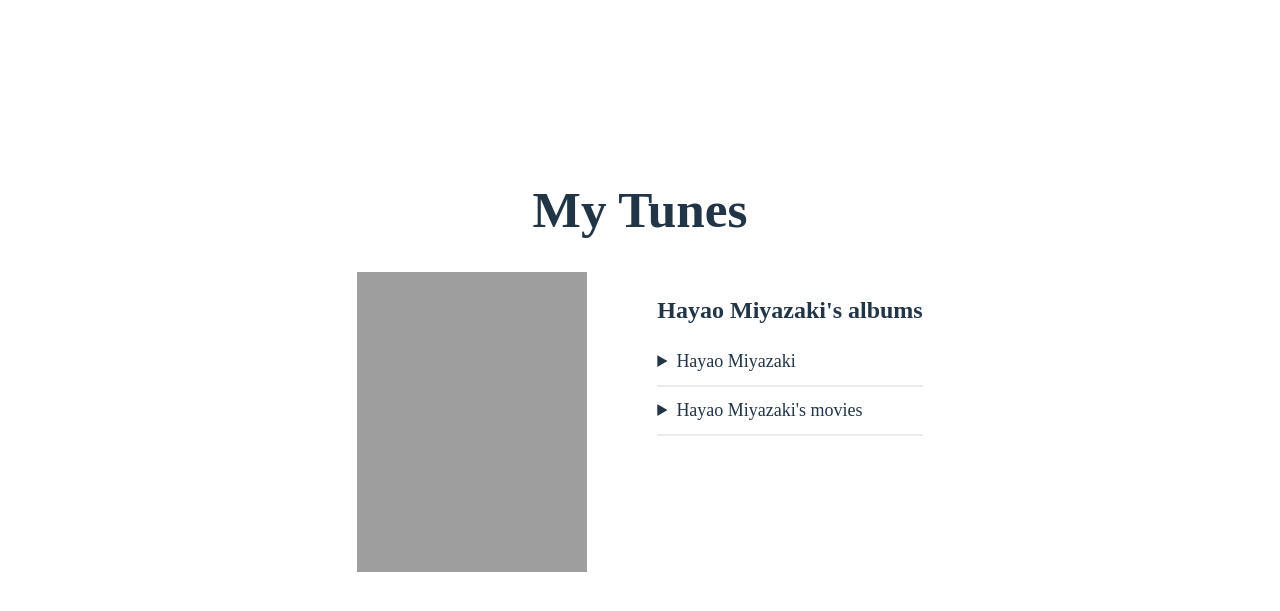
Repository: SamanthaYan298/my_app
Page: /
These files come from the project's save history. The page is drawn as it stood at one moment and after the next save; the edit follows.
The browser window is 1280 px wide. The pictures show the whole page.
Pictures or frames that could not be fetched are drawn as grey boxes. The project was rebuilt for these pictures with package versions that can differ from the ones it lists, and the page was loaded fresh each time. Also part of the build but not shown: vite.config.js.

Above is the page before, as saved 2024-09-14 16:30:09.

### src/App.jsx
import './App.css';

function App() {

  return (
    <>
      <div className='title'>
        <h1>My Tunes</h1>
        <div className="all">
        <div className='photo'>
          <img src="https://www.hollywoodreporter.com/wp-content/uploads/2013/09/hayao_miyazaki_-_h_-_2013.jpg?w=1024" alt="Hayao Miyazaki" height={300} width={230}/>
        </div>
        <div>
          <h2>Hayao Miyazaki's albums</h2>
          <details className='categories'>
            <summary>Hayao Miyazaki</summary>
            <ol>
              <li>Japanese animator</li>
              <li>Filmmaker</li>
              <li>Manga artist</li>
              <li>A founder of Studio Ghibli</li>
              <li>Oscar awards: 89 wins & 62 nominations</li>
            </ol>
          </details>
          <details className='categories'>
            <summary className='open'>Hayao Miyazaki's movies</summary>
            <ol>
              <li>Castle in the Sky</li>
              <li>Kiki's Delivery Service</li>
              <li>Howl's Moving Castle</li>
              <li>Princess Mononoke</li>
              <li>Spirited Away</li>
            </ol>
          </details>
        </div>
      </div>
      </div>
    </>
  )
}

export default App

### src/App.css
#root {
  margin: 0 auto;
  padding: 2rem;
  text-align: left;
  font-family: "PT Serif", serif;
  font-weight: 400;
  font-style: normal;;
}

.photo,
.all {
  display: flex;
  flex-direction: row;
  gap: 70px;
  text-align: left;
  align-items: flex-start;
}

.title {
  text-align: center;
}

.categories {
  padding-bottom: 10px;
  font-size: 18px;
}

.categories summary {
  border-bottom: 2px solid rgb(235, 235, 235);
  padding-bottom: 10px;
}

.categories[open] summary{
  padding: 10px;
  background-color: rgb(235, 235, 235);
}

Loaded but not shown: index.html (common file); src/main.jsx (common file); src/index.css (common file)

After the next save:
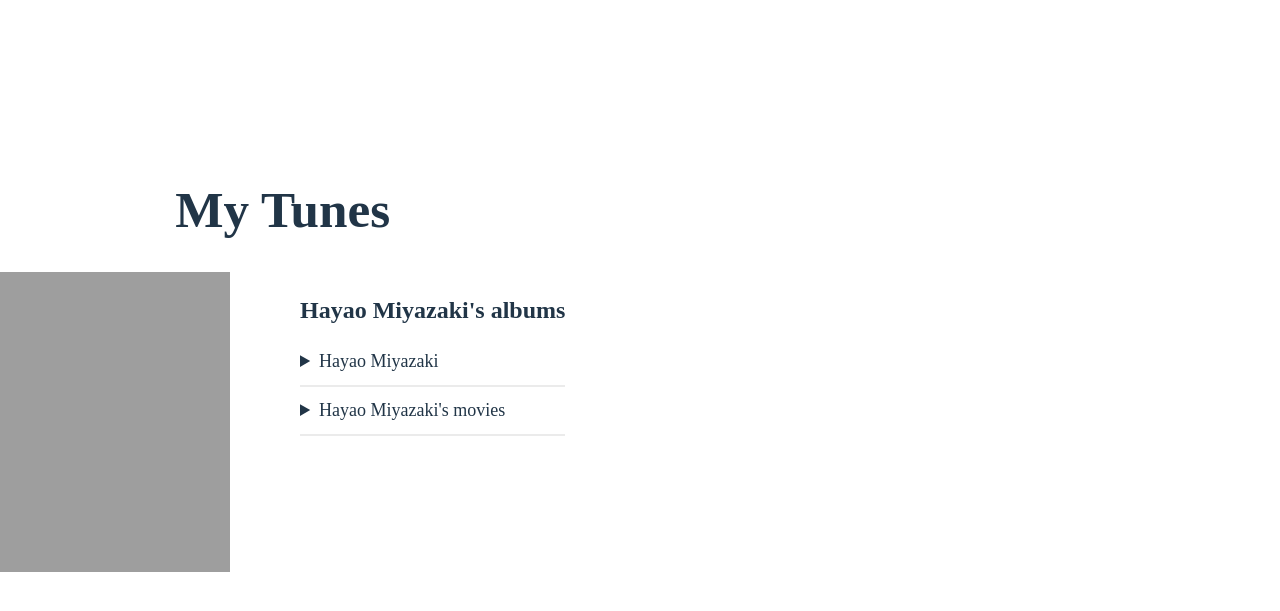
Saved 14 s later.
--- a/src/App.css
+++ b/src/App.css
@@ -1,6 +1,4 @@
 #root {
-  margin: 0 auto;
-  padding: 2rem;
   text-align: left;
   font-family: "PT Serif", serif;
   font-weight: 400;

After the save that followed:
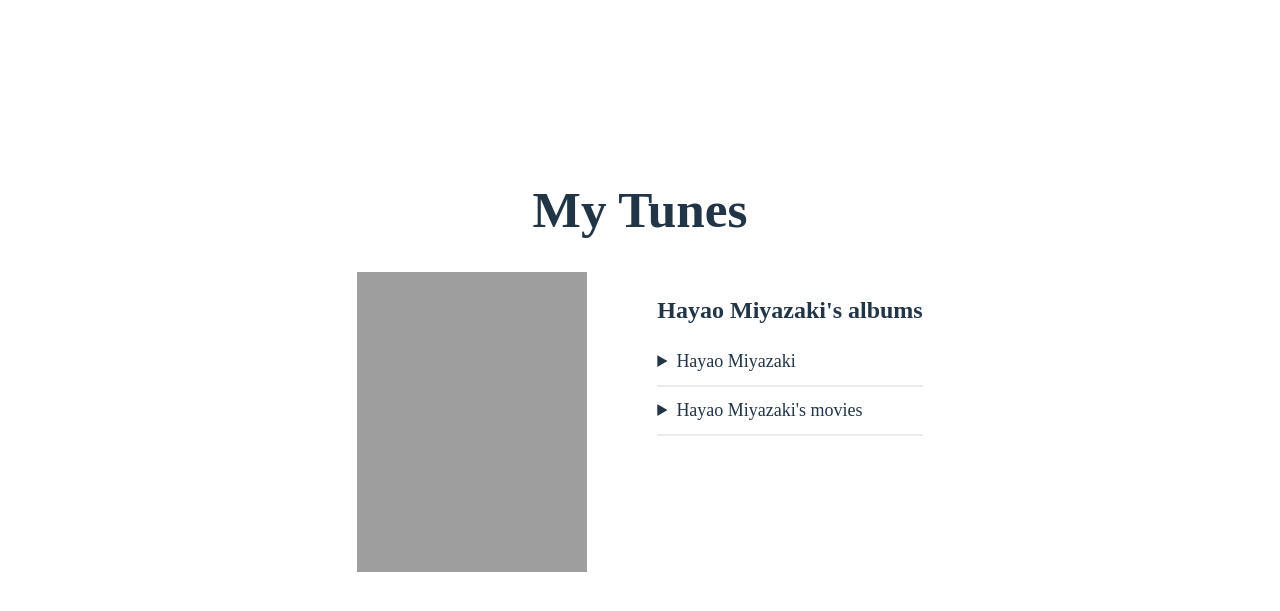
Saved 19 s later.
--- a/src/App.css
+++ b/src/App.css
@@ -1,4 +1,6 @@
 #root {
+  margin: 0 auto;
+  padding: 2rem;
   text-align: left;
   font-family: "PT Serif", serif;
   font-weight: 400;
@@ -11,7 +13,6 @@
   flex-direction: row;
   gap: 70px;
   text-align: left;
-  align-items: flex-start;
 }
 
 .title {
